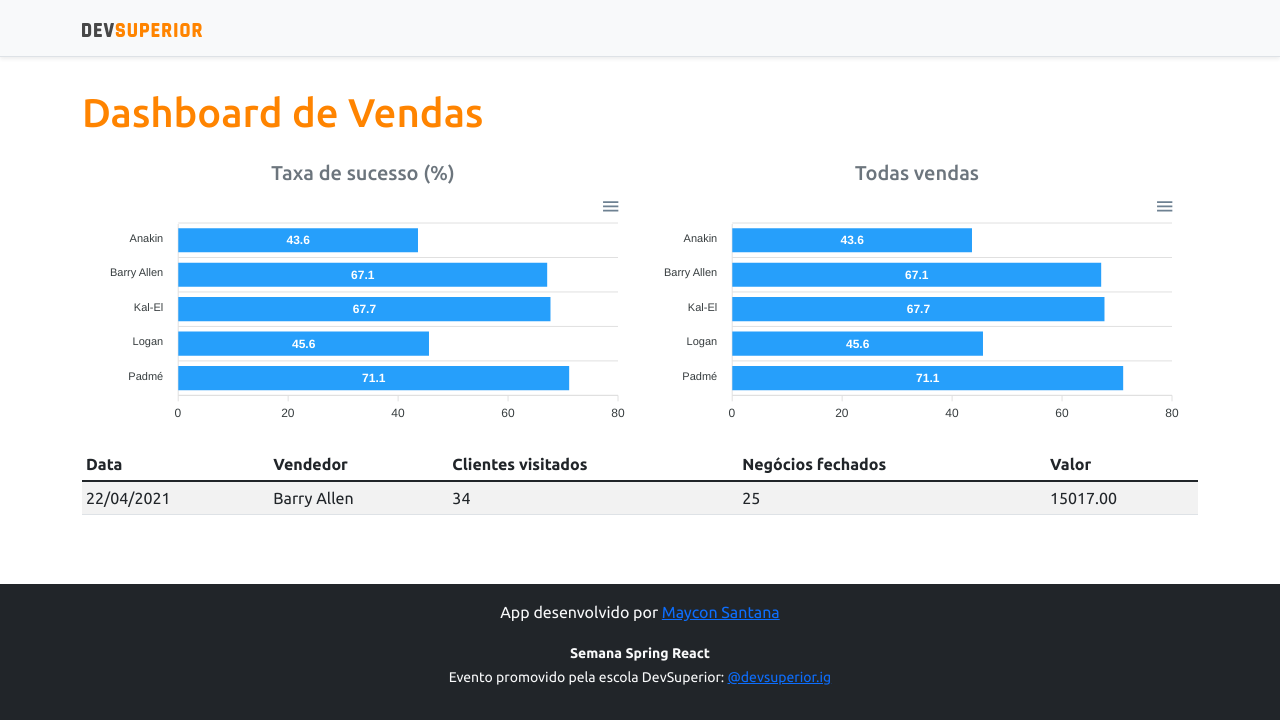
Repository: MayconInforGames2017/evento-dev-superior
Page: / (app in frontend/)
The author's editor kept a copy of each file at every save. The page is drawn from the files as they stood at one save, then again after the next save.
The browser window is 1280 px wide. The pictures show the whole page.
The project was rebuilt for these pictures with package versions that can differ from the ones it lists, and the page was loaded fresh each time.

Above is the page before, as saved 2021-09-07 12:56:08.

After the next save:
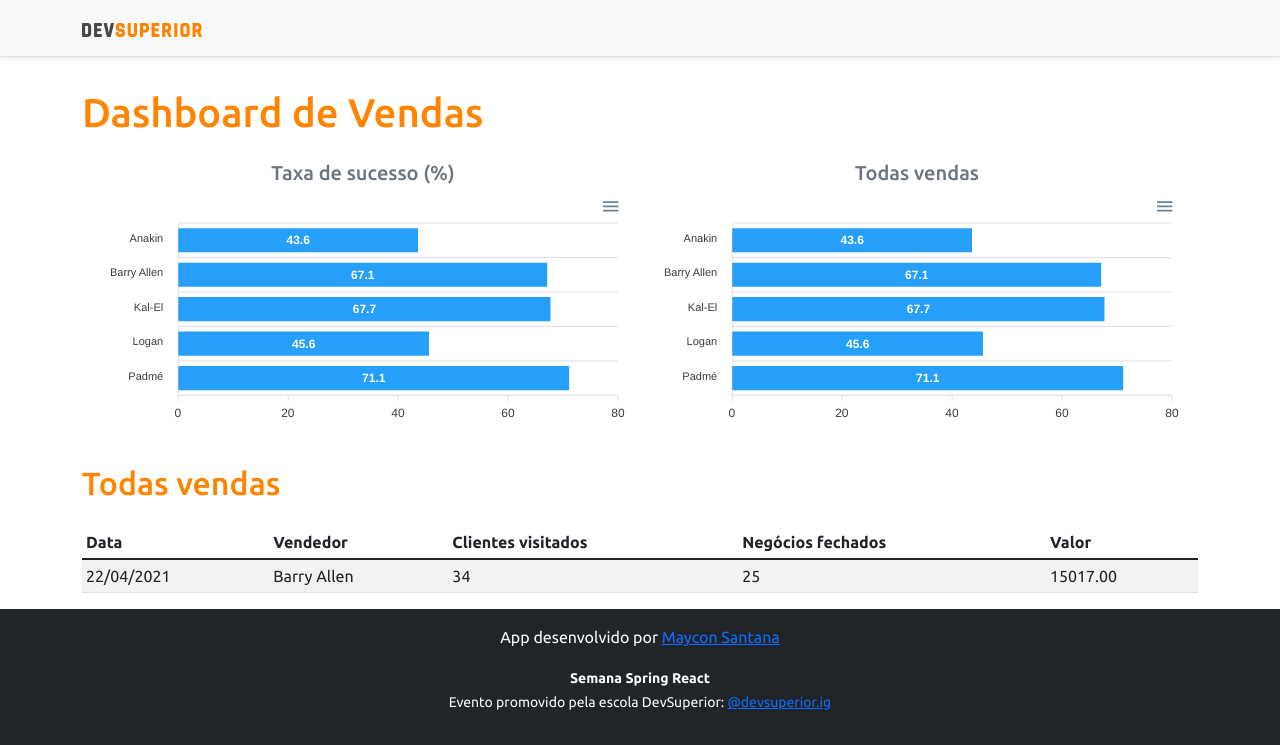
Saved 62 s later.
--- a/frontend/src/App.tsx
+++ b/frontend/src/App.tsx
@@ -19,7 +19,10 @@ function App() {
             <h5 className="text-center text-secondary">Todas vendas</h5>
             <BarChart/>
           </div>
+        </div>
 
+        <div className="py-3">
+          <h2 className="text-primary">Todas vendas</h2>
         </div>
 
         <DataTable/>
